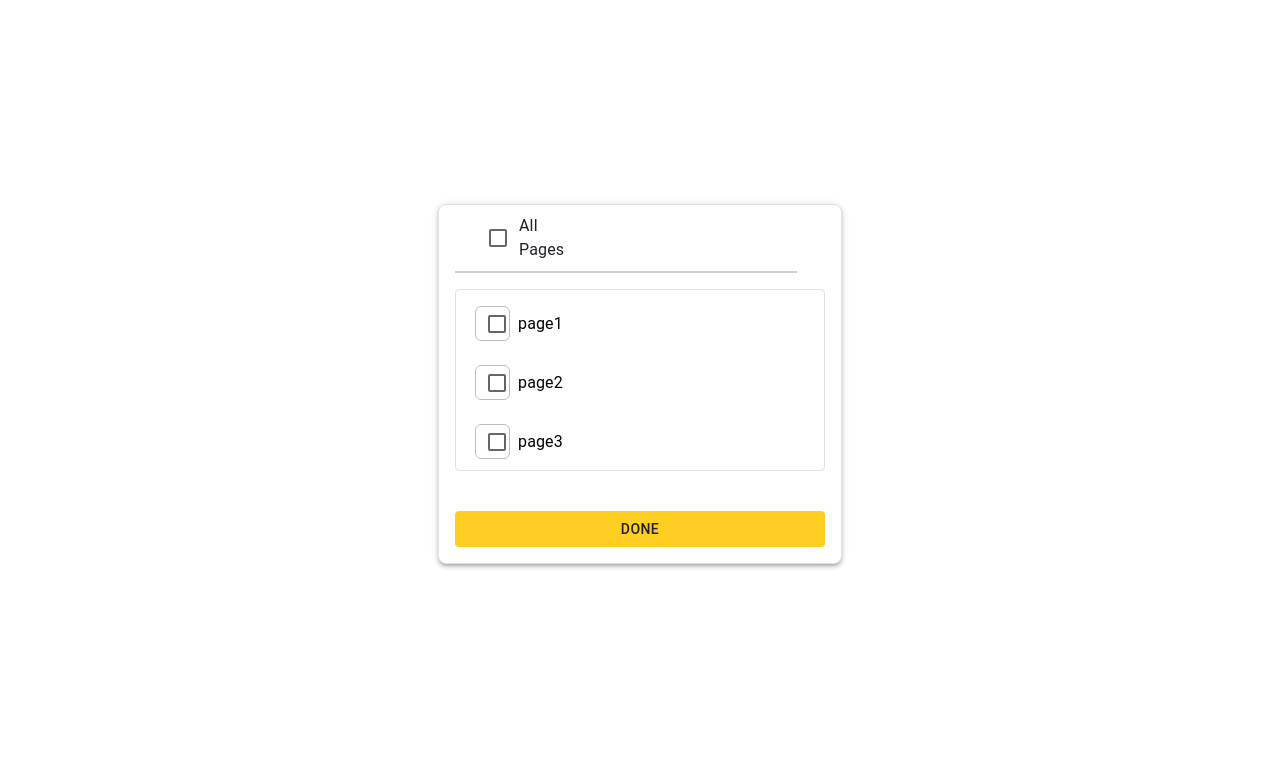
Repository: Tabishhaider72/Ellty-Test
Page: /
These files come from the project's save history. The page is drawn as it stood at one moment and after the next save; the edit follows.
The browser window is 1280 px wide. The pictures show the whole page.
The project was rebuilt for these pictures with package versions that can differ from the ones it lists, and the page was loaded fresh each time. Also part of the build but not shown: vite.config.js, src/index.css.

Above is the page before, as saved 2024-08-28 15:00:48.

### src/App.jsx
import React, { useState } from 'react';
import Box from '@mui/material/Box';
import Checkbox from '@mui/material/Checkbox';
import FormControlLabel from '@mui/material/FormControlLabel';
import Button from '@mui/material/Button';

function PageSelector() {
  const [allChecked, setAllChecked] = useState(false);
  const [pages, setPages] = useState({
    page1: false,
    page2: false,
    page3: false,
    page4: false,
  });

  const handleAllCheck = () => {
    const newCheckedStatus = !allChecked;
    setAllChecked(newCheckedStatus);
    setPages({
      page1: newCheckedStatus,
      page2: newCheckedStatus,
      page3: newCheckedStatus,
      page4: newCheckedStatus,
    });
  };

  const handlePageCheck = (page) => {
    const newPages = { ...pages, [page]: !pages[page] };
    setPages(newPages);
    setAllChecked(Object.values(newPages).every((val) => val === true));
  };

  return (
    <Box
      sx={{
        display: 'flex',
        justifyContent: 'center',
        alignItems: 'center',
        height: '100vh',
        padding: 2,
      }}
    >
      <Box
        sx={{
          width: 370,
          height: 326,
          backgroundColor: 'white',
          border: '1px solid',
          borderColor: 'grey.300',
          boxShadow: 3,
          borderRadius: 2,
          p: 2,
          display: 'flex',
          flexDirection: 'column',
        }}
      >
        <Box
          sx={{
            display: 'flex',
            flexDirection: 'row',
            justifyContent: 'space-between',
            alignItems: 'center',
            p: '8px 15px 8px 22px',
            gap: 5,
            mb: 2,
          }}
        >
          <FormControlLabel
            control={
              <Checkbox
                checked={allChecked}
                onChange={handleAllCheck}
                color="primary"
              />
            }
            label="All Pages"
            sx={{
              width: 64,
              height: 18,
              fontFamily: 'Montserrat',
              fontStyle: 'normal',
              fontWeight: 400,
              fontSize: '14px',
              lineHeight: '18px',
              color: '#1F2128',
              margin: 0,
            }}
          />
        </Box>
        <Box
          sx={{
            width: '340px',
            height: '0px',
            border: '0.7px solid #CDCDCD',
            mb: 2,
          }}
        />
        <Box
          sx={{
            overflowY: 'auto',
            height: 164,
            mb: 2,
            border: '1px solid',
            borderColor: 'grey.300',
            borderRadius: 1,
            p: 1,
          }}
        >
          {Object.keys(pages).map((page) => (
            <Box
              key={page}
              sx={{
                display: 'flex',
                flexDirection: 'row',
                justifyContent: 'space-between',
                alignItems: 'center',
                p: '8px 15px 8px 22px',
                gap: 5,
                mb: 1,
                backgroundColor: 'white',
              }}
            >
              <FormControlLabel
                control={
                  <Checkbox
                    checked={pages[page]}
                    onChange={() => handlePageCheck(page)}
                    color="primary"
                  />
                }
                label={page}
                sx={{
                  width: 35,
                  height: 35,
                  border: '1px solid #BDBDBD',
                  borderRadius: '6px',
                  boxSizing: 'border-box',
                }}
              />
            </Box>
          ))}
        </Box>
        <Box sx={{ mt: 'auto' }}>
          <Button
            variant="contained"
            sx={{
              width: '100%',
              borderRadius: 1,
              backgroundColor: '#FFCE22', // Website color/Orange
              color: '#1F2128', // Black color
              boxShadow: 'none', // Remove shadow
              '&:hover': {
                backgroundColor: '#FFD84D', // Lighter Orange color
                boxShadow: 'none', // Remove shadow on hover
              },
            }}
          >
            Done
          </Button>
        </Box>
      </Box>
    </Box>
  );
}

export default PageSelector;

Loaded but not shown: index.html (common file); src/main.jsx (common file)

After the next save:
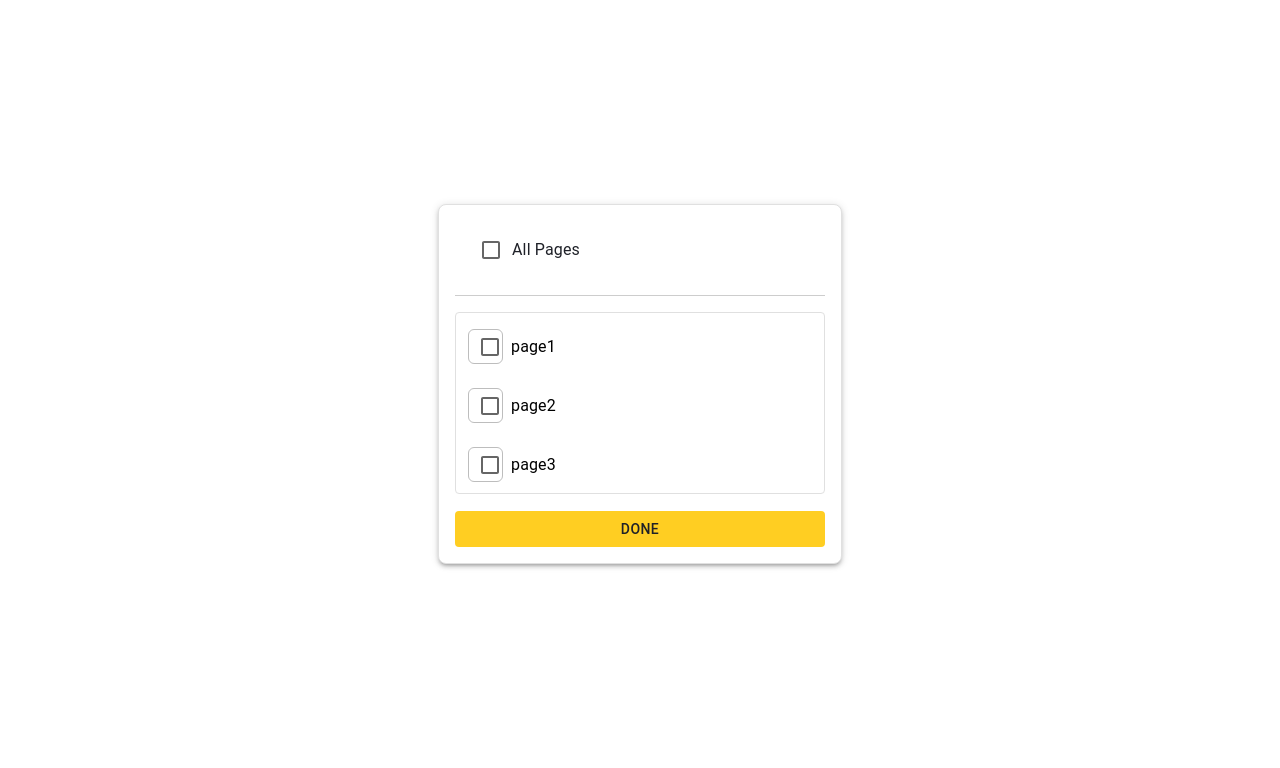
Saved 4 min 59 s later.
--- a/src/App.jsx
+++ b/src/App.jsx
@@ -60,8 +60,7 @@ function PageSelector() {
             flexDirection: 'row',
             justifyContent: 'space-between',
             alignItems: 'center',
-            p: '8px 15px 8px 22px',
-            gap: 5,
+            p: '8px 15px',
             mb: 2,
           }}
         >
@@ -75,10 +74,7 @@ function PageSelector() {
             }
             label="All Pages"
             sx={{
-              width: 64,
-              height: 18,
               fontFamily: 'Montserrat',
-              fontStyle: 'normal',
               fontWeight: 400,
               fontSize: '14px',
               lineHeight: '18px',
@@ -89,9 +85,8 @@ function PageSelector() {
         </Box>
         <Box
           sx={{
-            width: '340px',
-            height: '0px',
-            border: '0.7px solid #CDCDCD',
+            width: '100%',
+            borderBottom: '0.7px solid #CDCDCD',
             mb: 2,
           }}
         />
@@ -114,8 +109,7 @@ function PageSelector() {
                 flexDirection: 'row',
                 justifyContent: 'space-between',
                 alignItems: 'center',
-                p: '8px 15px 8px 22px',
-                gap: 5,
+                p: '8px 15px',
                 mb: 1,
                 backgroundColor: 'white',
               }}
